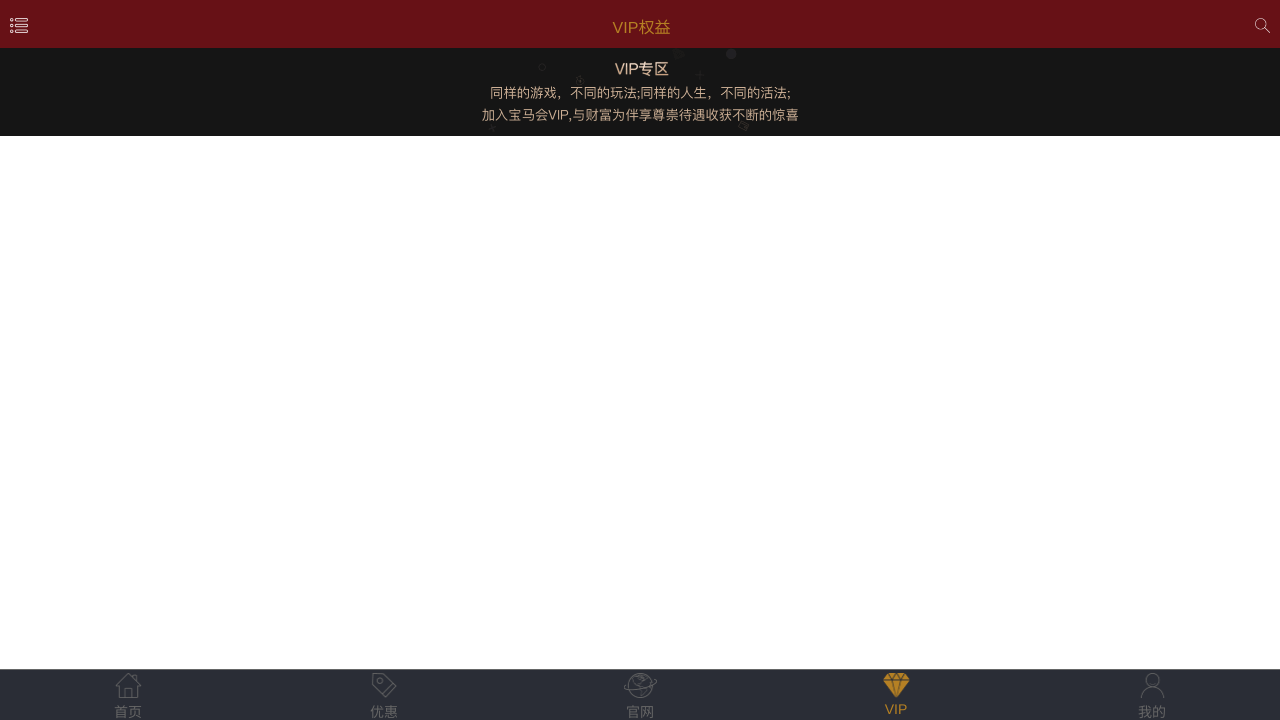
Repository: ada6688/IntegralMall
Page: /Vip
These files come from the project's save history. The page is drawn as it stood at one moment and after the next save; the edit follows.
The browser window is 1280 px wide. The pictures show the whole page.
The project was rebuilt for these pictures with package versions that can differ from the ones it lists, and the page was loaded fresh each time. Also part of the build but not shown: src/components/common/Topnav.vue, src/components/page/notice.vue, src/components/page/MainNav.vue, src/components/page/Member.vue, src/components/page/Youhui.vue.

Above is the page before, as saved 2020-01-01 15:47:16.

After the next save:
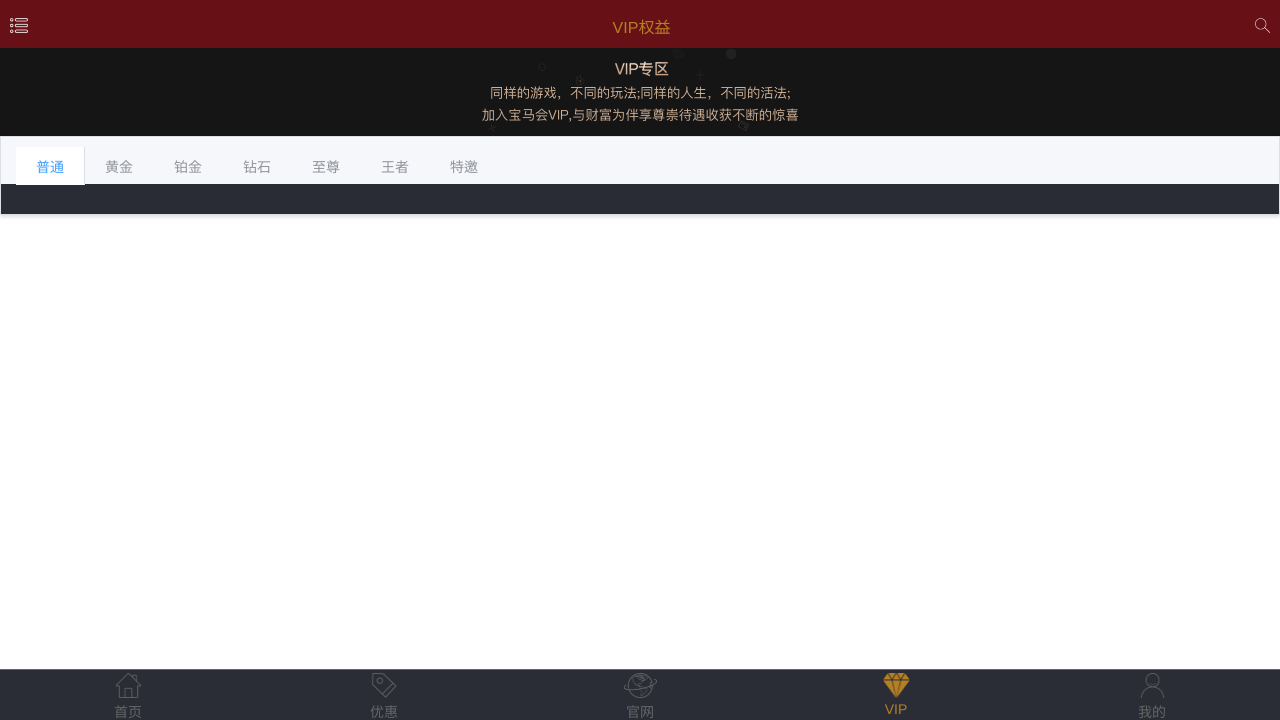
Saved 15 min 1 s later.
--- a/src/components/page/Vip.vue
+++ b/src/components/page/Vip.vue
@@ -4,6 +4,19 @@
     <div class="main-wrap">
       <div>
         <img src="../../assets/images/VIP/VIP-T.png" alt="">
+      </div>
+      <div>
+        <el-row>
+          <el-tabs type="border-card">
+            <el-tab-pane label="普通"></el-tab-pane>
+            <el-tab-pane label="黄金"></el-tab-pane>
+            <el-tab-pane label="铂金"></el-tab-pane>
+            <el-tab-pane label="钻石"></el-tab-pane>
+            <el-tab-pane label="至尊"></el-tab-pane>
+            <el-tab-pane label="王者"></el-tab-pane>
+            <el-tab-pane label="特邀"></el-tab-pane>
+          </el-tabs>
+        </el-row>
       </div>
     </div>
     <Bottomnav></Bottomnav>
